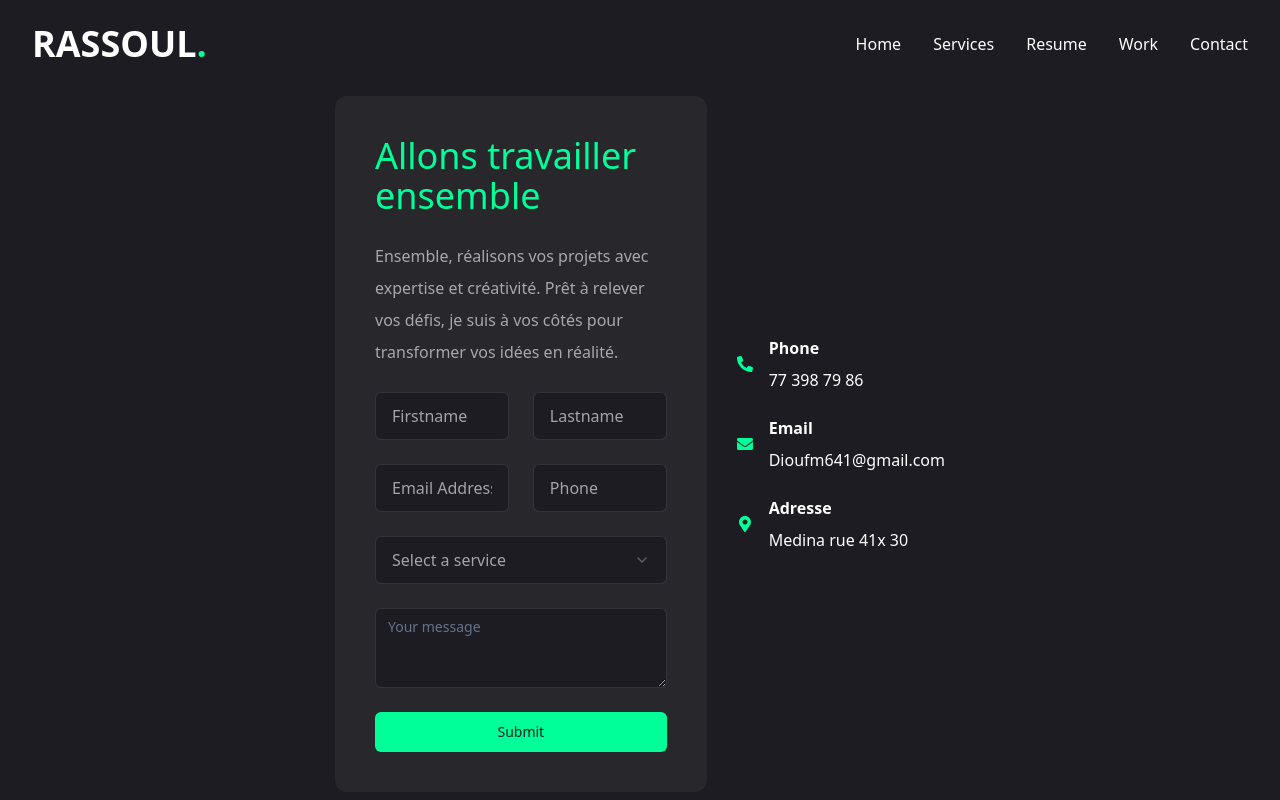
Repository: MDiouf9/portfolio2
Page: /contact
An editor plug-in stored every save of this project. The page is shown before and after the next save, followed by the edit.
The browser window is 1280 px wide. The pictures show the whole page.
The project was rebuilt for these pictures with package versions that can differ from the ones it lists, and the page was loaded fresh each time. The framework's server and built-in components were replaced by stand-ins that run in the browser. Also part of the build but not shown: next.config.mjs.

Above is the page before, as saved 2024-10-15 23:50:24.

### src/app/contact/page.tsx
"use client"
import { Button } from '@/components/ui/button';
import { Input } from '@/components/ui/input';
import { Textarea } from '@/components/ui/textarea';
import {
  Select,
  SelectContent,
  SelectGroup,
  SelectItem,
  SelectLabel,
  SelectTrigger,
  SelectValue
} from '@/components/ui/select';
import { FaPhoneAlt, FaEnvelope, FaMapMarkerAlt } from 'react-icons/fa';
import { motion } from 'framer-motion';

const info = [
  {
    icon: <FaPhoneAlt />,
    title: 'Phone',
    description: '77 398 79 86'
  },
  {
    icon: <FaEnvelope />,
    title: 'Email',
    description: 'Dioufm641@gmail.com'
  },
  {
    icon: <FaMapMarkerAlt />,
    title: 'Adresse',
    description: 'Medina rue 41x 30'
  }
];

const Contact = () => {
  return (
    <motion.section
      initial={{ opacity: 0 }}
      animate={{
        opacity: 1,
        transition: { delay: 2.4, duration: 0.4, ease: 'easeIn' },
      }}
      className="py-2 "
    >
      <div className="container max-auto">
        <div className="flex flex-col xl:flex-row gap-[30px]">
          {/* Formulaire de contact */}
          <div className="xl:h-[54%] order-2 xl:order-none w-full">
            <form className="flex flex-col gap-6 p-10 bg-[#27272c] rounded-xl w-full">
              <h3 className="text-4xl text-accent"> Allons travailler ensemble</h3>
              <p className="text-white/60">


Ensemble, réalisons vos projets avec expertise et créativité. Prêt à relever vos défis, je suis à vos côtés pour transformer vos idées en réalité.
              </p>
              <div className="grid grid-cols-1 md:grid-cols-2 gap-6">
                <Input type="text" placeholder="Firstname" />
                <Input type="text" placeholder="Lastname" />
                <Input type="email" placeholder="Email Address" />
                <Input type="tel" placeholder="Phone" />
              </div>
              <Select>
                <SelectTrigger className="w-full">
                  <SelectValue placeholder="Select a service" />
                </SelectTrigger>
                <SelectContent>
                  <SelectGroup>
                    <SelectLabel>Select a service</SelectLabel>
                    <SelectItem value="est">Web Development</SelectItem>
                    <SelectItem value="cst">Mobile Development</SelectItem>
                  </SelectGroup>
                </SelectContent>
              </Select>
              <Textarea className='h-[200px]:' placeholder="Your message" />
              <Button>Submit</Button>
            </form>
          </div>

          {/* Section avec les informations de contact */}
          <div className="flex-1 flex items-center xl:justify-end order-1 xl:order-none mb-8 xl:mb-0">
            <div className="space-y-4 text-white">
              {info.map((item, index) => (
                <div key={index} className="flex items-center space-x-4">
                  <div className="text-accent">{item.icon}</div>
                  <div>
                    <h4 className="font-bold">{item.title}</h4>
                    <p>{item.description}</p>
                  </div>
                </div>
              ))}
            </div>
          </div>
        </div>
      </div>
    </motion.section>
  );
};

export default Contact;

### src/components/Header.tsx
import Link from 'next/link';
import { Button } from './ui/button';
import React from 'react';
import Nav from './Nav';
import MobileNav from './MobileNav';

const Header = () => {
  return (
    <header className='bg-dark py-3 xl:py-6 text-white w-full'>
      {/* Wrapper pour le contenu du header */}
      <div className='flex items-center justify-between px-4 md:px-8'>
        {/* Logo */}
        <Link href="/">
          <h1 className='text-3xl md:text-4xl font-semibold'>
            RASSOUL<span className='text-accent'>.</span>
          </h1>
        </Link>

        {/* Menu de navigation pour les grands écrans */}
        <div className="hidden xl:flex items-center gap-8">
          <Nav />
          {/* <Link href="/Contact">
            <Button>Hire Me</Button>
          </Link> */}
        </div>

        {/* Menu mobile (uniquement visible sur petits écrans) */}
        <div className='xl:hidden'>
          <MobileNav />
        </div>
      </div>
    </header>
  );
};

export default Header;

### src/components/ui/button.tsx
import * as React from "react";
import { Slot } from "@radix-ui/react-slot";
import { cva, type VariantProps } from "class-variance-authority";

import { cn } from "@/lib/utils";

// Définit les variantes directement dans l'objet variants
const buttonVariants = cva(
  "inline-flex items-center justify-center whitespace-nowrap rounded-md text-sm font-medium ring-offset-white transition-colors focus-visible:outline-none focus-visible:ring-2 focus-visible:ring-slate-950 focus-visible:ring-offset-2 disabled:pointer-events-none disabled:opacity-50 dark:ring-offset-slate-950 dark:focus-visible:ring-slate-300",
  {
    variants: {
      variant: {
        default: "bg-accent text-primary hover:bg-accent-hover",
        outline: "border border-slate-300 text-slate-700 hover:bg-accent-hover",
      },
      size: {
        default: "h-10 px-4 py-2",
        sm: "h-9 rounded-md px-3",
        lg: "h-11 rounded-md px-8",
        icon: "h-10 w-10",
      },
    },
    defaultVariants: {
      variant: "default",
      size: "default",
    },
  }
);

// Interface ButtonProps
export interface ButtonProps
  extends React.ButtonHTMLAttributes<HTMLButtonElement>,
    VariantProps<typeof buttonVariants> {
  asChild?: boolean;
}

const Button = React.forwardRef<HTMLButtonElement, ButtonProps>(
  ({ className, variant, size, asChild = false, ...props }, ref) => {
    const Comp = asChild ? Slot : "button";
    return (
      <Comp
        className={cn(buttonVariants({ variant, size, className }))}
        ref={ref}
        {...props}
      />
    );
  }
);
Button.displayName = "Button";

export { Button, buttonVariants };

### src/components/ui/input.tsx
import * as React from "react"

import { cn } from "@/lib/utils"

export interface InputProps
  extends React.InputHTMLAttributes<HTMLInputElement> {}

const Input = React.forwardRef<HTMLInputElement, InputProps>(
  ({ className, type, ...props }, ref) => {
    return (
      <input
        type={type}
        className={cn( 'flex h-[48px] rounded-md border border-white/10 focus:border-accent font-light bg-primary px-4 py-5  text-base placeholder:text-white/60 outline-none',

          className
        )}
        ref={ref}
        {...props}
      />
    )
  }
)
Input.displayName = "Input"

export { Input }

### src/components/ui/textarea.tsx
import * as React from "react"

import { cn } from "@/lib/utils"

export interface TextareaProps
  extends React.TextareaHTMLAttributes<HTMLTextAreaElement> {}

const Textarea = React.forwardRef<HTMLTextAreaElement, TextareaProps>(
  ({ className, ...props }, ref) => {
    return (
      <textarea
        className={cn(
          "flex min-h-[80px] w-full rounded-md border border-white/10 bg-primary px-3 py-2 text-sm ring-offset-white placeholder:text-slate-500 focus-visible:outline-none focus-visible:ring-2 focus-visible:ring-accent focus-visible:ring-offset-2 disabled:cursor-not-allowed disabled:opacity-50 dark:border-slate-800 dark:bg-slate-950 dark:ring-offset-slate-950 dark:placeholder:text-slate-400 dark:focus-visible:ring-slate-300",
          className
        )}
        ref={ref}
        {...props}
      />
    )
  }
)
Textarea.displayName = "Textarea"

export { Textarea }

### src/components/ui/select.tsx
"use client"

import * as React from "react"
import * as SelectPrimitive from "@radix-ui/react-select"
import { Check, ChevronDown, ChevronUp } from "lucide-react"

import { cn } from "@/lib/utils"

const Select = SelectPrimitive.Root

const SelectGroup = SelectPrimitive.Group

const SelectValue = SelectPrimitive.Value

const SelectTrigger = React.forwardRef<
  React.ElementRef<typeof SelectPrimitive.Trigger>,
  React.ComponentPropsWithoutRef<typeof SelectPrimitive.Trigger>
>(({ className, children, ...props }, ref) => (
  <SelectPrimitive.Trigger
    ref={ref}
    className={cn(
      "flex h-[48px] w-full items-center justify-between rounded-md border border-white/10 bg-primary px-4 py-5 text-base text-white/60 placeholder:text-white/10 focus:outline-none focus:ring-2 focus:border-accent outline-none",
      className
    )}
    {...props}
  >
    {children}
    <SelectPrimitive.Icon asChild>
      <ChevronDown className="h-4 w-4 opacity-50" />
    </SelectPrimitive.Icon>
  </SelectPrimitive.Trigger>
))
SelectTrigger.displayName = SelectPrimitive.Trigger.displayName

const SelectScrollUpButton = React.forwardRef<
  React.ElementRef<typeof SelectPrimitive.ScrollUpButton>,
  React.ComponentPropsWithoutRef<typeof SelectPrimitive.ScrollUpButton>
>(({ className, ...props }, ref) => (
  <SelectPrimitive.ScrollUpButton
    ref={ref}
    className={cn(
      "flex cursor-default items-center justify-center py-1",
      className
    )}
    {...props}
  >
    <ChevronUp className="h-4 w-4" />
  </SelectPrimitive.ScrollUpButton>
))
SelectScrollUpButton.displayName = SelectPrimitive.ScrollUpButton.displayName

const SelectScrollDownButton = React.forwardRef<
  React.ElementRef<typeof SelectPrimitive.ScrollDownButton>,
  React.ComponentPropsWithoutRef<typeof SelectPrimitive.ScrollDownButton>
>(({ className, ...props }, ref) => (
  <SelectPrimitive.ScrollDownButton
    ref={ref}
    className={cn(
      "flex cursor-default items-center justify-center py-1",
      className
    )}
    {...props}
  >
    <ChevronDown className="h-4 w-4" />
  </SelectPrimitive.ScrollDownButton>
))
SelectScrollDownButton.displayName =
  SelectPrimitive.ScrollDownButton.displayName

const SelectContent = React.forwardRef<
  React.ElementRef<typeof SelectPrimitive.Content>,
  React.ComponentPropsWithoutRef<typeof SelectPrimitive.Content>
>(({ className, children, position = "popper", ...props }, ref) => (
  <SelectPrimitive.Portal>
    <SelectPrimitive.Content
      ref={ref}
      className={cn(
        "relative z-50 max-h-96 min-w-[8rem] overflow-hidden rounded-md border border-accent bg-primary text-white/60 shadow-md data-[state=open]:animate-in data-[state=closed]:animate-out data-[state=closed]:fade-out-0 data-[state=open]:fade-in-0 data-[state=closed]:zoom-out-95 data-[state=open]:zoom-in-95 data-[side=bottom]:slide-in-from-top-2 data-[side=left]:slide-in-from-right-2 data-[side=right]:slide-in-from-left-2 data-[side=top]:slide-in-from-bottom-2 dark:border-slate-800 dark:bg-slate-950 dark:text-slate-50",
        position === "popper" &&
          "data-[side=bottom]:translate-y-1 data-[side=left]:-translate-x-1 data-[side=right]:translate-x-1 data-[side=top]:-translate-y-1",
        className
      )}
      position={position}
      {...props}
    >
      <SelectScrollUpButton />
      <SelectPrimitive.Viewport
        className={cn(
          "p-1",
          position === "popper" &&
            "h-[var(--radix-select-trigger-height)] w-full min-w-[var(--radix-select-trigger-width)]"
        )}
      >
        {children}
      </SelectPrimitive.Viewport>
      <SelectScrollDownButton />
    </SelectPrimitive.Content>
  </SelectPrimitive.Portal>
))
SelectContent.displayName = SelectPrimitive.Content.displayName

const SelectLabel = React.forwardRef<
  React.ElementRef<typeof SelectPrimitive.Label>,
  React.ComponentPropsWithoutRef<typeof SelectPrimitive.Label>
>(({ className, ...props }, ref) => (
  <SelectPrimitive.Label
    ref={ref}
    className={cn("py-1.5 pl-8 pr-2 text-sm font-semibold", className)}
    {...props}
  />
))
SelectLabel.displayName = SelectPrimitive.Label.displayName

const SelectItem = React.forwardRef<
  React.ElementRef<typeof SelectPrimitive.Item>,
  React.ComponentPropsWithoutRef<typeof SelectPrimitive.Item>
>(({ className, children, ...props }, ref) => (
  <SelectPrimitive.Item
    ref={ref}
    className={cn(
      "relative flex w-full cursor-default select-none items-center rounded-sm py-1.5 pl-8 pr-2 text-sm outline-none focus:bg-accent focus:text-slate-900 data-[disabled]:pointer-events-none data-[disabled]:opacity-50 dark:focus:bg-slate-800 dark:focus:text-accent",
      className
    )}
    {...props}
  >
    <span className="absolute left-2 flex h-3.5 w-3.5 items-center justify-center">
      <SelectPrimitive.ItemIndicator>
        <Check className="h-4 w-4" />
      </SelectPrimitive.ItemIndicator>
    </span>

    <SelectPrimitive.ItemText>{children}</SelectPrimitive.ItemText>
  </SelectPrimitive.Item>
))
SelectItem.displayName = SelectPrimitive.Item.displayName

const SelectSeparator = React.forwardRef<
  React.ElementRef<typeof SelectPrimitive.Separator>,
  React.ComponentPropsWithoutRef<typeof SelectPrimitive.Separator>
>(({ className, ...props }, ref) => (
  <SelectPrimitive.Separator
    ref={ref}
    className={cn("-mx-1 my-1 h-px bg-slate-100 dark:bg-slate-800", className)}
    {...props}
  />
))
SelectSeparator.displayName = SelectPrimitive.Separator.displayName

export {
  Select,
  SelectGroup,
  SelectValue,
  SelectTrigger,
  SelectContent,
  SelectLabel,
  SelectItem,
  SelectSeparator,
  SelectScrollUpButton,
  SelectScrollDownButton,
}

### src/components/Nav.tsx
"use client"
import React from 'react'
import Link from 'next/link'
import { usePathname } from 'next/navigation'



const links =[
        {
            name: "Home",
            path: "/",
        },
        {
            name: "Services",
            path: "/Services",
        },
        {
            name: "Resume",
            path: "/Resume",
        },
        {
            name: "work",
            path: "/Work",
        },
        {
            name: "Contact",
            path: "/Contact",
        },
    ]
 const Nav = () => {
  const  pathname = usePathname();
  return (
    <nav className=' flex gap-8'>
        {links.map((link,index) => {
            return (
                <Link href={link.path} key={index} className={`${link.path === pathname && "text-accent border-b-2 border-accent"} capitalize font-medium hover:text-accent transition-all`}>
                    {link.name}
                </Link>
            );
        })}

    </nav>
  );
}
export default Nav

### src/components/MobileNav.tsx
"use client";
import React from 'react'
import {Sheet ,  SheetContent, SheetTrigger, } from '@/components/ui/sheet'
import { usePathname } from 'next/navigation';
import Link from 'next/link';
import {CiMenuFries} from "react-icons/ci"

const links =[
  {
    name: "Home",
    path: "/",
},
{
    name: "Services",
    path: "/Services",
},
{
    name: "Resume",
    path: "/Resume",
},
{
    name: "work",
    path: "/Work",
},
{
    name: "Contact",
    path: "/Contact",
},
]

const MobileNav = () => {
  const pathname = usePathname();
  return (
    <Sheet>
<SheetTrigger className='flex justify-center items-center'>
  <CiMenuFries  className=' text-[32px] text-accent'/>
</SheetTrigger>
<SheetContent  className='flex flex-col'>

     <div className=' mt-32 mb-40 text-center txt-2xl'>
     <h1> MOUHAMED<span className='text-accent'>.</span> <em className='text-accent'>DIOUF</em></h1>

     </div>
     <nav className='flex flex-col justify-center items-center gap-8'>
{links.map((link,index)=>{
  return (
    <Link href={link.path} key={index} className={`${link.path === pathname && "text-accent border-b-2 border-accent"} capitalize font-medium hover:text-accent transition-all`}>
      {link.name}


    </Link>
  )
})

}
     </nav>
     </SheetContent>
    </Sheet>
  )
}

export default MobileNav

### src/components/ui/sheet.tsx
"use client"

import * as React from "react"
import * as SheetPrimitive from "@radix-ui/react-dialog"
import { cva, type VariantProps } from "class-variance-authority"
import {IoMdClose} from 'react-icons/io'

import { cn } from "@/lib/utils"

const Sheet = SheetPrimitive.Root

const SheetTrigger = SheetPrimitive.Trigger

const SheetClose = SheetPrimitive.Close

const SheetPortal = SheetPrimitive.Portal

const SheetOverlay = React.forwardRef<
  React.ElementRef<typeof SheetPrimitive.Overlay>,
  React.ComponentPropsWithoutRef<typeof SheetPrimitive.Overlay>
>(({ className, ...props }, ref) => (
  <SheetPrimitive.Overlay
    className={cn(
      "fixed inset-0 z-50 bg-black/80  data-[state=open]:animate-in data-[state=closed]:animate-out data-[state=closed]:fade-out-0 data-[state=open]:fade-in-0",
      className
    )}
    {...props}
    ref={ref}
  />
))
SheetOverlay.displayName = SheetPrimitive.Overlay.displayName

const sheetVariants = cva(
  "fixed z-50 gap-4 bg-primary p-6 shadow-lg transition ease-in-out data-[state=open]:animate-in data-[state=closed]:animate-out data-[state=closed]:duration-300 data-[state=open]:duration-500 dark:bg-slate-950",
  {
    variants: {
      side: {
        top: "inset-x-0 top-0 border-b data-[state=closed]:slide-out-to-top data-[state=open]:slide-in-from-top",
        bottom:
          "inset-x-0 bottom-0 border-t data-[state=closed]:slide-out-to-bottom data-[state=open]:slide-in-from-bottom",
        left: "inset-y-0 left-0 h-full w-3/4  data-[state=closed]:slide-out-to-left data-[state=open]:slide-in-from-left sm:max-w-sm",
        right:
          "inset-y-0 right-0 h-full w-3/4   data-[state=closed]:slide-out-to-right data-[state=open]:slide-in-from-right sm:max-w-sm",
      },
    },
    defaultVariants: {
      side: "right",
    },
  }
)

interface SheetContentProps
  extends React.ComponentPropsWithoutRef<typeof SheetPrimitive.Content>,
    VariantProps<typeof sheetVariants> {}

const SheetContent = React.forwardRef<
  React.ElementRef<typeof SheetPrimitive.Content>,
  SheetContentProps
>(({ side = "right", className, children, ...props }, ref) => (
  <SheetPortal>
    <SheetOverlay />
    <SheetPrimitive.Content
      ref={ref}
      className={cn(sheetVariants({ side }), className)}
      {...props}
    >
      {children}
      <SheetPrimitive.Close className="absolute right-4 top-4 rounded-sm opacity-70 ring-offset-white transition-opacity hover:opacity-100 focus:outline-none focus:ring-2 focus:ring-slate-950 focus:ring-offset-2 disabled:pointer-events-none data-[state=open]:bg-slate-100 dark:ring-offset-slate-950 dark:focus:ring-slate-300 dark:data-[state=open]:bg-slate-800">
        <IoMdClose className="text-3xl text-accent" />
        <span className="sr-only">Close</span>
      </SheetPrimitive.Close>
    </SheetPrimitive.Content>
  </SheetPortal>
))
SheetContent.displayName = SheetPrimitive.Content.displayName

const SheetHeader = ({
  className,
  ...props
}: React.HTMLAttributes<HTMLDivElement>) => (
  <div
    className={cn(
      "flex flex-col space-y-2 text-center sm:text-left",
      className
    )}
    {...props}
  />
)
SheetHeader.displayName = "SheetHeader"

const SheetFooter = ({
  className,
  ...props
}: React.HTMLAttributes<HTMLDivElement>) => (
  <div
    className={cn(
      "flex flex-col-reverse sm:flex-row sm:justify-end sm:space-x-2",
      className
    )}
    {...props}
  />
)
SheetFooter.displayName = "SheetFooter"

const SheetTitle = React.forwardRef<
  React.ElementRef<typeof SheetPrimitive.Title>,
  React.ComponentPropsWithoutRef<typeof SheetPrimitive.Title>
>(({ className, ...props }, ref) => (
  <SheetPrimitive.Title
    ref={ref}
    className={cn("text-lg font-semibold text-slate-950 dark:text-slate-50", className)}
    {...props}
  />
))
SheetTitle.displayName = SheetPrimitive.Title.displayName

const SheetDescription = React.forwardRef<
  React.ElementRef<typeof SheetPrimitive.Description>,
  React.ComponentPropsWithoutRef<typeof SheetPrimitive.Description>
>(({ className, ...props }, ref) => (
  <SheetPrimitive.Description
    ref={ref}
    className={cn("text-sm text-slate-500 dark:text-slate-400", className)}
    {...props}
  />
))
SheetDescription.displayName = SheetPrimitive.Description.displayName

export {
  Sheet,
  SheetPortal,
  SheetOverlay,
  SheetTrigger,
  SheetClose,
  SheetContent,
  SheetHeader,
  SheetFooter,
  SheetTitle,
  SheetDescription,
}

Loaded but not shown: src/app/layout.tsx (common file); src/app/globals.css (common file); src/lib/utils.ts (common file); tailwind.config.ts (common file)

After the next save:
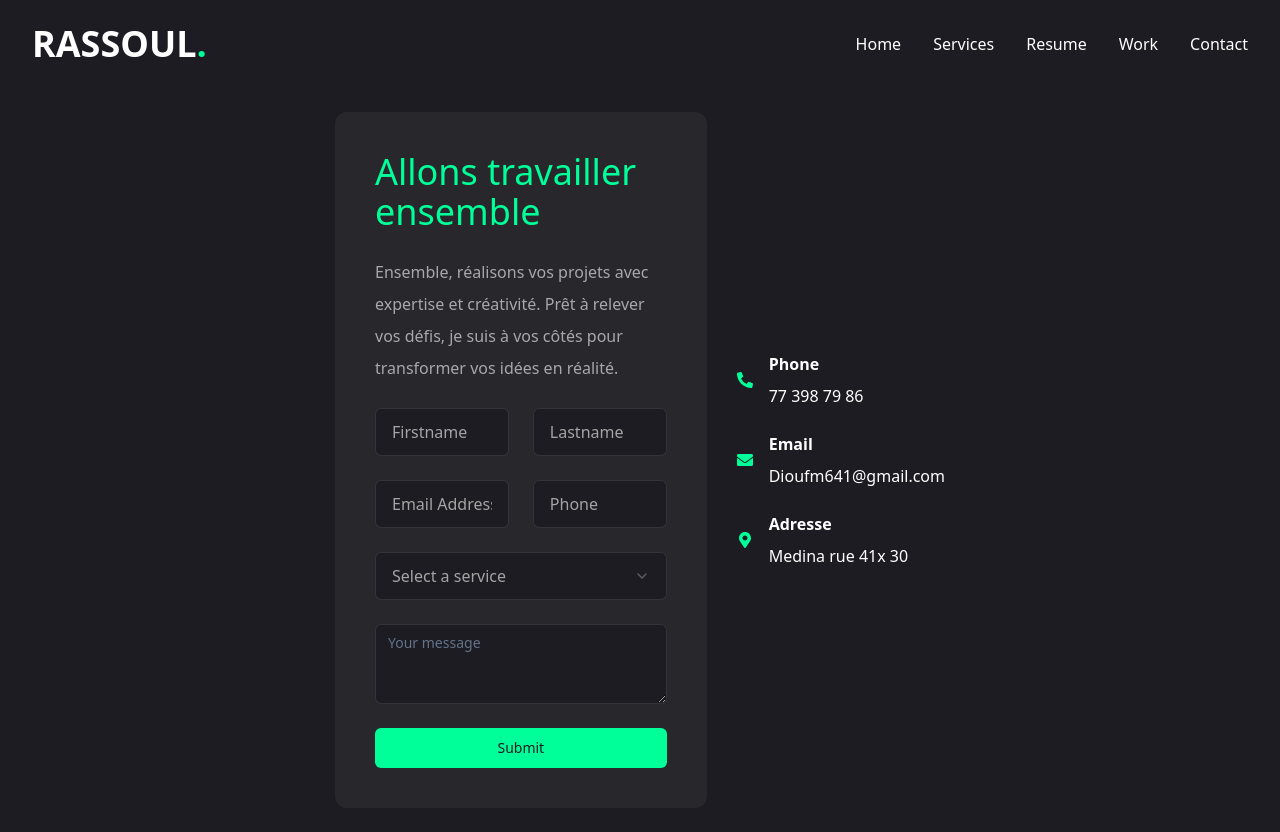
Saved 13 s later.
--- a/src/app/contact/page.tsx
+++ b/src/app/contact/page.tsx
@@ -40,9 +40,9 @@ const Contact = () => {
         opacity: 1,
         transition: { delay: 2.4, duration: 0.4, ease: 'easeIn' },
       }}
-      className="py-2 "
+      className="py-6"
     >
-      <div className="container max-auto">
+      <div className="container mx-auto">
         <div className="flex flex-col xl:flex-row gap-[30px]">
           {/* Formulaire de contact */}
           <div className="xl:h-[54%] order-2 xl:order-none w-full">
